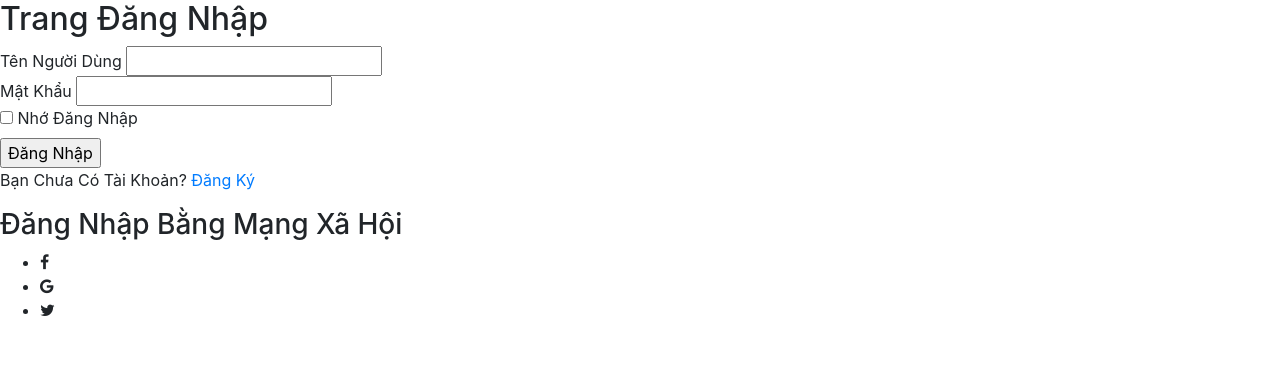
Repository: TRITO719/18_TrinhQuocToan_20081631
Page: So37/html/dangnhap.html
These files come from the project's save history. The page is drawn as it stood at one moment and after the next save; the edit follows.
The browser window is 1280 px wide. The pictures show the whole page.

Above is the page before, as saved 2023-05-04 11:01:55.

After the next save:
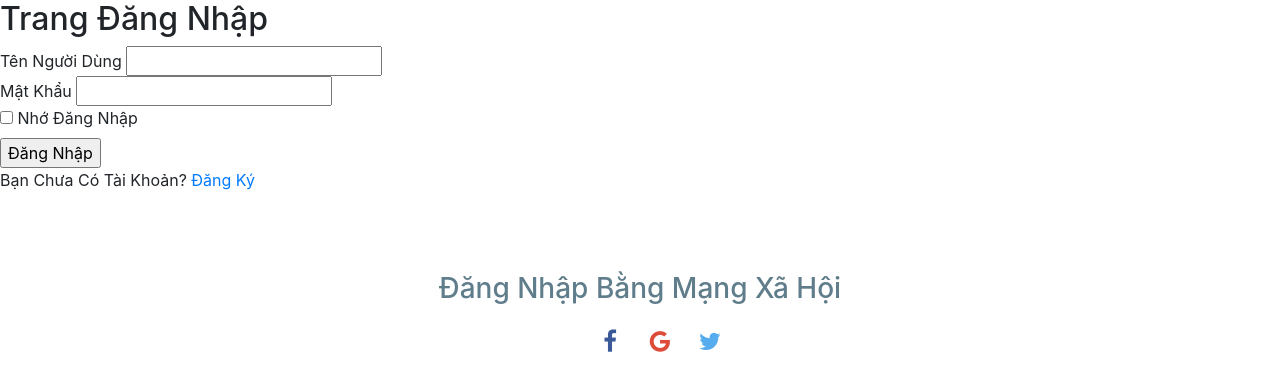
Saved 25 s later.
--- a/So37/html/dangnhap.html
+++ b/So37/html/dangnhap.html
@@ -8,7 +8,9 @@
     <link rel="stylesheet" href="../css/bootstrap.min.css">
     <script src="../js/jquery-3.6.4.min.js"></script>
     <script src="../js/bootstrap.min.js"></script>
+    <link rel="stylesheet" href="../css/styleDN.css">
     <link rel="stylesheet" href="https://cdnjs.cloudflare.com/ajax/libs/font-awesome/4.7.0/css/font-awesome.min.css">
+
 </head>
 <body>
     <section>
